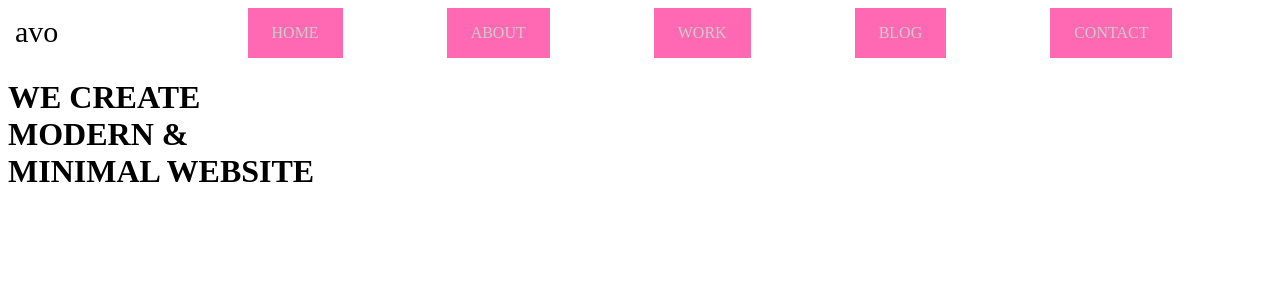
Repository: Tobby004/AVO-Template
Page: avo.html
The author's editor kept a copy of each file at every save. The page is drawn from the files as they stood at one save, then again after the next save.
The browser window is 1280 px wide. The pictures show the whole page.

Above is the page before, as saved 2023-03-29 06:12:54.

After the next save:
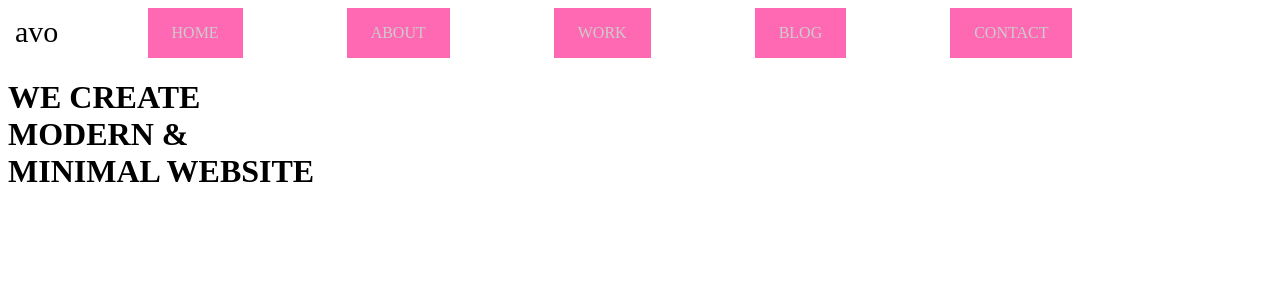
Saved 31 s later.
--- a/avo.css
+++ b/avo.css
@@ -12,9 +12,9 @@ nav ul {
 }
 nav li {
     display: inline-flex;
-    margin-left: 100px;
 }
 nav a {
+    margin-right: 100px;
 text-decoration: none;
 padding: 1rem 1.5rem;
 background: hotpink;
